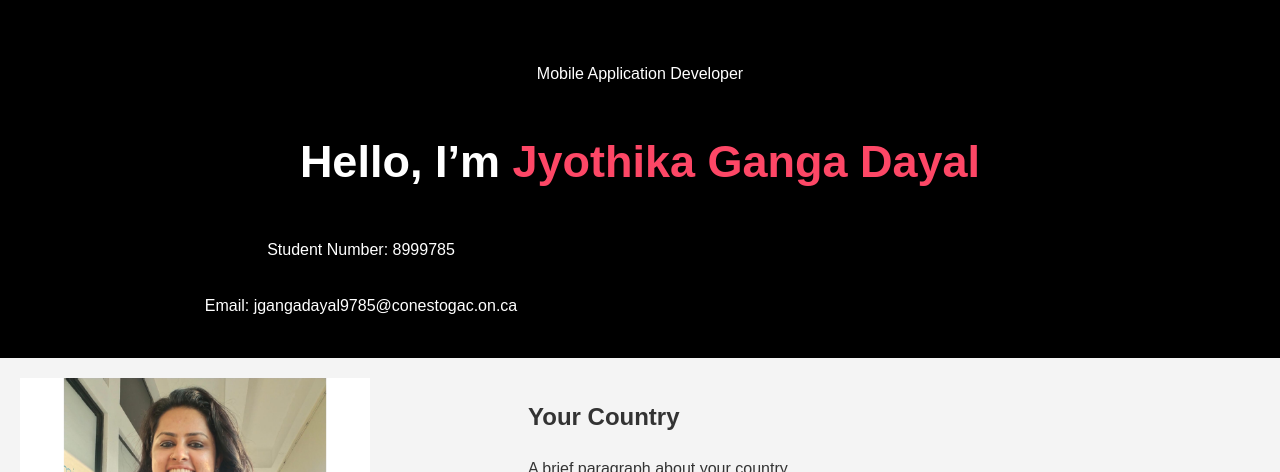
Repository: jyothika123/portfolio
Page: index.html
The author's editor kept a copy of each file at every save. The page is drawn from the files as they stood at one save, then again after the next save.
The browser window is 1280 px wide. The pictures show the part of the page from y = 0 to 472 px (the page is 1164 px tall before and 1139 px after).
Pictures or frames that could not be fetched are drawn as grey boxes.

Above is the page before, as saved 2024-09-22 15:24:57.

### index.html
<!DOCTYPE html>
<html lang="en">
<head>
    <meta charset="UTF-8">
    <meta name="viewport" content="width=device-width, initial-scale=1.0">
    <link rel="stylesheet" href="css/style.css">
    <title>Jyothika Ganga Dayal</title>
</head>
<body>
    <header>
        <div class="content">
            <br><br>
            <span class="title">Mobile Application Developer</span>
            <h1>Hello, I’m <span>Jyothika Ganga Dayal</span></h1>
            <p>Student Number: 8999785</p>
            <p>Email: jgangadayal9785@conestogac.on.ca</p>
        </div>
    </header>
    <main>
        <section class="bio">
            <img src="images/image.PNG" alt="A photo representing me" class="profile">
            <h2>About Me</h2>
            <p>Myself Jyothika </p>
        </section>
        <section class="country">
            <h2>Your Country</h2>
            <p>A brief paragraph about your country.</p>
            <iframe width="560" height="315" src="https://www.youtube.com/embed/your_video_id"
                    title="Interesting video about me/country/skills"
                    frameborder="0" allowfullscreen></iframe>
        </section>
    </main>
    <aside>
        <h2>Skills</h2>
        <ul>
            <li>Technology/Programming Language 1</li>
            <li>Technology/Programming Language 2</li>
            <li>Technology/Programming Language 3</li>
        </ul>
    </aside>
    <footer>
        <p>&copy; 2024 Your Name. All rights reserved.</p>
    </footer>
</body>
</html>

### css/style.css


body {
    font-family: Arial, sans-serif;
    line-height: 1.6;
    margin: 0;
    padding: 0;
    color: #333;
    background-color: #f4f4f4;
}

header {
    background: #000000;
    color: #fff;
    padding: 10px 20px;
    text-align: center;
}

main {
    display: flex;
    justify-content: space-between;
    padding: 20px;
}

.bio {
    flex: 2;
    margin-right: 20px;
}

.country {
    flex: 3;
}

aside {
    background: #E9ECEF;
    padding: 20px;
    flex: 1;
}

footer {
    background: #007BFF;
    color: #fff;
    text-align: center;
    padding: 10px 0;
    position: relative;
    bottom: 0;
    width: 100%;
}

.profile{
    width:350px;
    height: 350px;
}

.content h1 {
    color: #ffffff;
    font-size: 45px;
    font-weight: 900;
    line-height: 90px;
    text-transform: inherit;
    width: 100%;
  }
  .content h1 span {
    color: #fd4766;
  }
  .content p {
    width: 55%;
    color: #ffffff;
    margin-top: 25px;
    margin-bottom: 30px;
  }

After the next save:
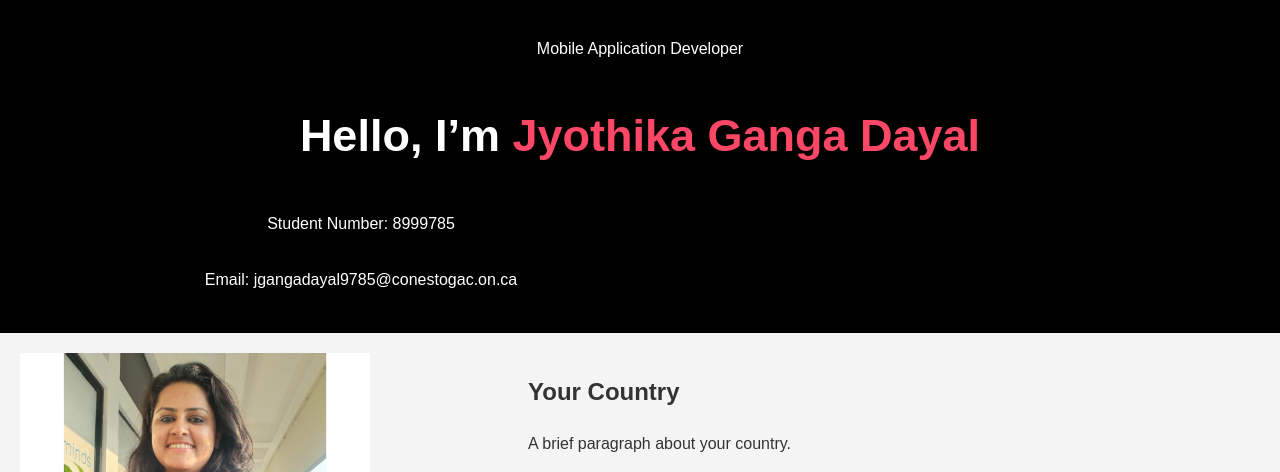
Saved 22 s later.
--- a/index.html
+++ b/index.html
@@ -9,7 +9,7 @@
 <body>
     <header>
         <div class="content">
-            <br><br>
+            <br>
             <span class="title">Mobile Application Developer</span>
             <h1>Hello, I’m <span>Jyothika Ganga Dayal</span></h1>
             <p>Student Number: 8999785</p>
